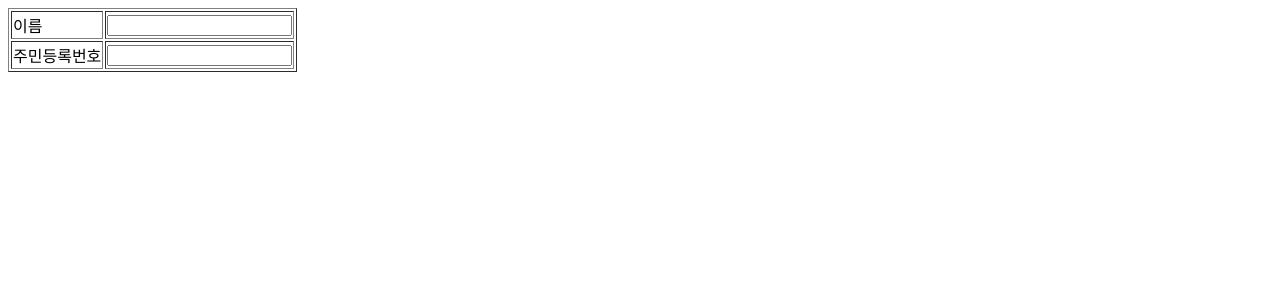
Repository: Jhoon0211/java_work
Page: http://localhost/jspProj/res_number/res_number.jsp
An editor plug-in stored every save of this project. The page is shown before and after the next save, followed by the edit.
The browser window is 1280 px wide. The pictures show the whole page.
The page is served by Tomcat 9.

Above is the page before, as saved 2023-08-02 02:07:42.

After the next save:
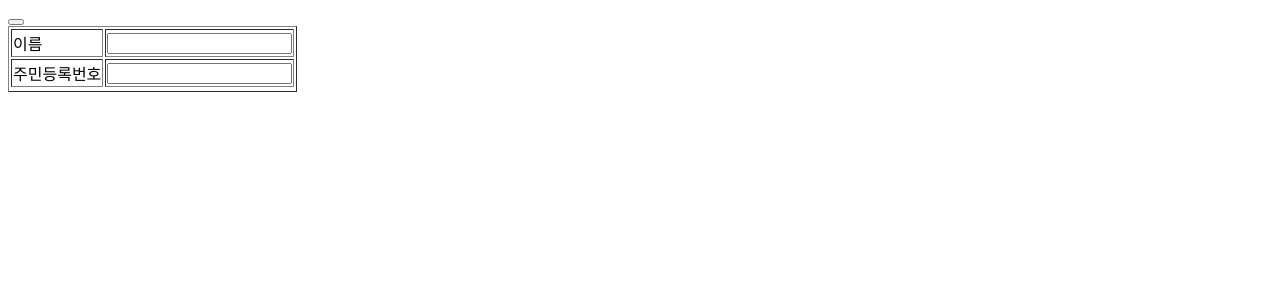
Saved 16 s later.
--- a/jspProj/src/main/webapp/res_number/res_number.jsp
+++ b/jspProj/src/main/webapp/res_number/res_number.jsp
@@ -17,6 +17,7 @@
 				<td>주민등록번호</td>
 				<td><input type="text" /></td>
 			</tr>
+			<tr><button></button></tr>
 		</table>
 	</form>
 </body>
